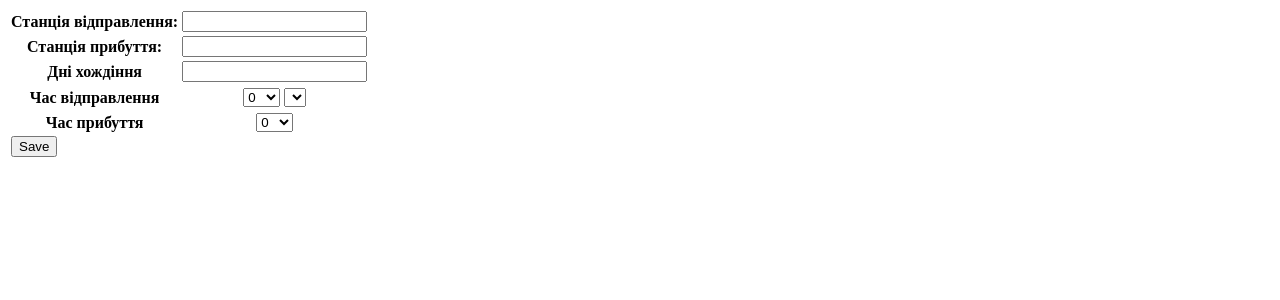
Repository: predator11/Project
Page: http://localhost/TimetableProject/edit.jsp
These files come from the project's save history. The page is drawn as it stood at one moment and after the next save; the edit follows.
The browser window is 1280 px wide. The pictures show the whole page.
The page is served by Tomcat 9. Nobody is signed in. The application's start-up code is not run. Other server files are loaded and not shown.

Above is the page before, as saved 2015-06-29 17:05:16.

### TimetableProject/WebContent/edit.jsp
<%@ page language="java" contentType="text/html; charset=UTF-8"
    pageEncoding="UTF-8"%>
<%@ taglib prefix="c" uri="http://java.sun.com/jsp/jstl/core" %>
<!DOCTYPE html PUBLIC "-//W3C//DTD HTML 4.01 Transitional//EN" "http://www.w3.org/TR/html4/loose.dtd">
<html>
<head>
<meta http-equiv="Content-Type" content="text/html; charset=UTF-8">
<title>Insert title here</title>
</head>
<body>
   <form method="post" action="myServlet?action=add">
      <table>
       <tr>
         <th>Станція відправлення: </th>
         <th><input type="Text" name="St"></th>
        </tr>
       <tr>
         <th>Станція прибуття: </th>
         <th><input type="Text" name="fSt"></th>
        </tr>
       <tr>
         <th>Дні хождіння</th>
         <th><input type="Text" name="dayOfDep"></th>
        </tr>
       <tr>
       <tr>
         <th>Час відправлення</th>
          <th>
          <select name="arrivalTime" size=1>
            <c:forEach var="i" begin="0" end="24">
             <option select value="${i}" id="departureHour"> ${i }
            </c:forEach>
          </select>
           <select name="arrivalTime" size=1>
             <c:forEach var="j" begin="0" end="60">
             <option select value="${i}" id="departureMinut"> ${i }
            </c:forEach>
           </select>
          </th>
        </tr>
       <tr>
       <tr>
         <th>Час прибуття</th>
         <th>
          <select name="arrivalTime" size=1>
           <c:forEach var="i" begin="0" end="24">
            <option select value="${i}" id="arrivalHour"> ${i }
           </c:forEach>
           <c:forEach var="i" begin="0" end="24">
            <option select value="${i}" id="arrivalMinut"> ${i }
           </c:forEach>
          </select>
         </th>
        </tr>
       <tr>
        <td><input type="Submit" value="Save"></td>
       </tr>
      </table>
   </form>
</body>
</html>

After the next save:
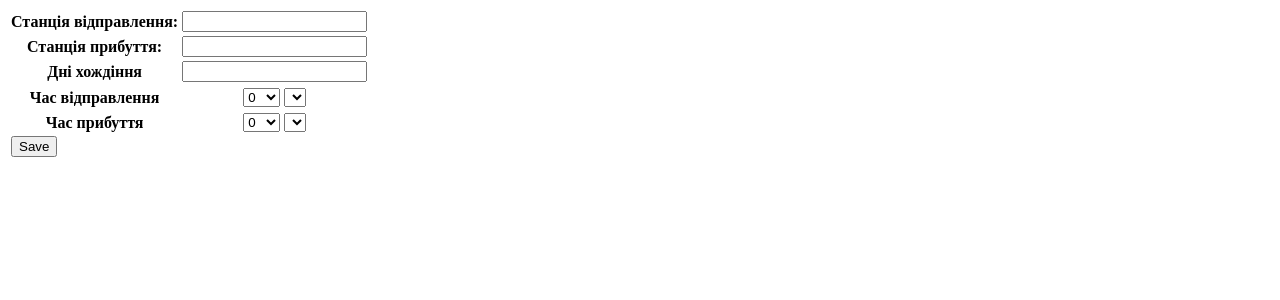
Saved 44 s later.
--- a/TimetableProject/WebContent/edit.jsp
+++ b/TimetableProject/WebContent/edit.jsp
@@ -26,12 +26,12 @@
        <tr>
          <th>Час відправлення</th>
           <th>
-          <select name="arrivalTime" size=1>
+          <select name="departurelHour" size=1>
             <c:forEach var="i" begin="0" end="24">
              <option select value="${i}" id="departureHour"> ${i }
             </c:forEach>
           </select>
-           <select name="arrivalTime" size=1>
+           <select name="departureMinute" size=1>
              <c:forEach var="j" begin="0" end="60">
              <option select value="${i}" id="departureMinut"> ${i }
             </c:forEach>
@@ -42,14 +42,16 @@
        <tr>
          <th>Час прибуття</th>
          <th>
-          <select name="arrivalTime" size=1>
-           <c:forEach var="i" begin="0" end="24">
-            <option select value="${i}" id="arrivalHour"> ${i }
-           </c:forEach>
-           <c:forEach var="i" begin="0" end="24">
-            <option select value="${i}" id="arrivalMinut"> ${i }
-           </c:forEach>
+          <select name="arrivalHour" size=1>
+            <c:forEach var="i" begin="0" end="24">
+             <option select value="${i}" id="departureHour"> ${i }
+            </c:forEach>
           </select>
+           <select name="arrivalMinute" size=1>
+             <c:forEach var="j" begin="0" end="60">
+             <option select value="${i}" id="departureMinut"> ${i }
+            </c:forEach>
+           </select>
          </th>
         </tr>
        <tr>
